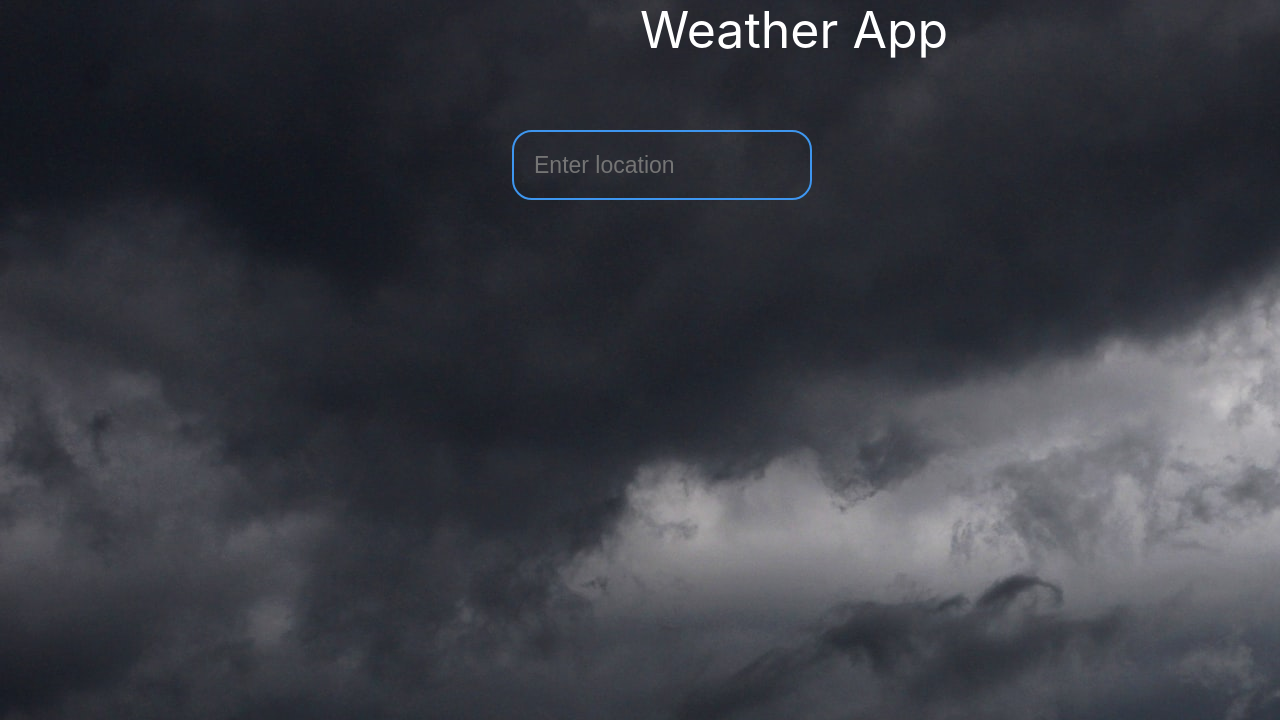
Repository: RenataDzotova/WeatherForecast
Page: /
The author's editor kept a copy of each file at every save. The page is drawn from the files as they stood at one save, then again after the next save.
The browser window is 1280 px wide. The pictures show the whole page.
The project was rebuilt for these pictures with package versions that can differ from the ones it lists, and the page was loaded fresh each time. The framework's server and built-in components were replaced by stand-ins that run in the browser. Also part of the build but not shown: next.config.js, styles/Home.module.css.

Above is the page before, as saved 2023-01-19 16:27:21.

### pages/index.js
import Head from 'next/head'
import Image from 'next/image'
import styles from '../styles/Home.module.css'
import axios from 'axios'
import { useState } from 'react'
import { FlexBox, Wrapper, Text, ImgPlaceholder } from '../styles/global'

export default function Home() {
  const [data, setData] = useState({});
  const [location, setLocation] = useState('');
  const [weather, setWeather] = useState();
  const [errorMessage, setErrorMessage] = useState('')
  const [showTitle, setShowTitle] = useState('Weather App')

  const searchLocation = (event) => {
    if (event.key === "Enter"){
      axios.get(url)
      .then((response) => {
        console.clear()
        setData(response.data)
        console.log(response.data)
        setWeather(response.data.weather)
        setErrorMessage("")
        setShowTitle("")
      }) .catch(err => {
        console.log(err)
        setErrorMessage("Please enter another location")
        setData({})
        setWeather()
      })
      setLocation('')
    }
  }

  var apiKey = "f1c3aba9f416efdb16702d2866709e98";
  var lang = "en";
  var units = "metric";
  const url = `https://api.openweathermap.org/data/2.5/weather?q=${location}&units=${units}&appid=${apiKey}&lang=${lang}`

  return (
    <div className={styles.bg}>
      <Head>
        <title>Create Next App</title>
        <meta name="description" content="Generated by create next app" />
        <link rel="icon" href="/favicon.ico" />
        <link rel="preconnect" href="https://fonts.gstatic.com" crossorigin />
        <link
            href="https://fonts.googleapis.com/css2?family=Plus+Jakarta+Sans:ital,wght@0,200;0,300;0,400;0,500;0,600;0,700;0,800;1,200;1,300;1,400;1,500;1,600;1,700;1,800&display=swap"
            rel="stylesheet"
            />
      </Head>

      <main>


        {
          data &&
            <span>
              {errorMessage}
              <span className='titleText'>
              {showTitle}
              </span>
            </span>
        }


        <input className='inputStyle'
          value = {location}
          onChange={event=> setLocation(event.target.value)}
          placeholder="Enter location"
          onKeyDown={searchLocation}
          type="text"
          style={{position:"absolute", top:"130px", left:"40%" }}
        >
        </input>

        {
          weather && weather.map((w, index) =>{
            return(
              <Wrapper bgImage={ data.main.temp.toFixed() < 0 && w.main=="Snow" ? "/alora-griffiths-HlnFco4i624-unsplash.jpg" : w.main=="Rain" || w.main=="Thunderstorm" ? "/nick-nice-ve-R7PCjJDk-unsplash.jpg" : w.main=="Clouds" ? "/johny-goerend-z_SXPzTMKkc-unsplash.jpg" : "/kenrick-mills-MF9Wy1NA55I-unsplash-2.jpg"} key={index}>

                  <FlexBox dir="column" width="100%" height="100%">
                    <FlexBox dir="column" margin="200px 0 0 0">
                      <Text color="white" fontSize="65px" fontWeight="bold">{data.name}</Text>
                        <FlexBox alignItems="flex-start">
                          <Text color="white" fontSize="90px" fontWeight="bold">{data.main.temp.toFixed()}°</Text>
                          <FlexBox margin="15px 0 12px 10px"><Text color="white" fontSize="30px">{w.main} </Text></FlexBox>
                        </FlexBox>
                    </FlexBox>

                    <FlexBox flexWrap="wrap" margin="100px 0 0 0" bgColor="rgba(227, 227, 227, 0.25)" border="rgba(227, 227, 227) solid 2px" minHeight="130px" width="60%" borderRadius="30px" justifyContent="space-around" padding="0 20px 0 20px">
                      <FlexBox dir="column">
                        <Text color="white" fontSize="65px" fontWeight="700">{data.main.feels_like.toFixed()}°C</Text>
                        <Text color="white">Feels like</Text>
                      </FlexBox>
                      <FlexBox dir="column">
                        <Text color="white" fontSize="65px" fontWeight="700">{data.main.humidity}%</Text>
                        <Text color="white">Humidity</Text>
                      </FlexBox>
                      <FlexBox dir="column">
                        <FlexBox>
                          <Text color="white" fontSize="65px" fontWeight="700">{data.main.pressure}</Text>
                          <Text fontSize="20px" margin="0 0 15px 0" color="white">hPa</Text>
                        </FlexBox>
                        <Text color="white">Pressure</Text>
                      </FlexBox>
                      { data.wind.gust &&
                      <FlexBox dir="column">
                        <FlexBox>
                          <Text color="white" fontSize="65px" fontWeight="700">{data.wind.gust}</Text>
                          <Text fontSize="20px" margin="0 0 15px 0" color="white">M/s</Text>
                        </FlexBox>
                        <Text color="white">Wind</Text>
                      </FlexBox>
                      }
                    </FlexBox>
                  </FlexBox>
              </Wrapper>
            )
          })
        }
      </main>

      {/* <footer className={styles.footer}>
        <a
          href="https://vercel.com?utm_source=create-next-app&utm_medium=default-template&utm_campaign=create-next-app"
          target="_blank"
          rel="noopener noreferrer"
        >
          Powered by{' '}
          <span className={styles.logo}>
            <Image src="/vercel.svg" alt="Vercel Logo" width={72} height={16} />
          </span>
        </a>
      </footer> */}
    </div>
  )
}

### styles/globals.css
html,
body {
  padding: 0;
  margin: 0;
  font-family: -apple-system, BlinkMacSystemFont, Segoe UI, Roboto, Oxygen,
    Ubuntu, Cantarell, Fira Sans, Droid Sans, Helvetica Neue, sans-serif;
  background-image: url("../public/henrieke-fischer-GCdigLv0h_U-unsplash.jpg");
  /* background-position: center; */
  background-repeat: no-repeat;
  display: flex;
  justify-content: center;
  align-items: center;
  flex-direction: column;
}

.titleText{
  font-size: 50px;
  color: white;
  background-color: transparent;
  position: absolute;

}

a {
  color: inherit;
  text-decoration: none;
}

.inputStyle{
  border-radius: 20px;
  height: 70px;
  width: 300px;
  font-size: 23px;
  padding: 20px;
  background-color: transparent;
  color: rgb(14, 40, 66);
  border: 2px solid rgb(62, 150, 239);
}

* {
  box-sizing: border-box;
}

@media (prefers-color-scheme: dark) {
  html {
    color-scheme: dark;
  }
  body {
    color: white;
    background: black;
  }
}

### styles/global.js
import styled from 'styled-components';

export const Text = styled.p`
    font-size: ${props=>props.fontSize || "21px"};
    font-weight: ${props=>props.fontWeight || "normal"};
    color: ${props=>props.color};
    margin: ${props=>props.margin || "0px"};

`


export const FlexBox = styled.div`
    display:flex;
    justify-content:${props=>props.justifyContent || "center"};
    align-items:${props=>props.alignItems || "center"};
    flex-direction:${props=>props.dir || "row"};
    flex-wrap: ${props=>props.flexWrap};
    width: ${props=>props.width};
    height: ${props=>props.height};
    background-color: ${props=>props.bgColor};
    padding: ${props=>props.padding};
    margin: ${props=>props.margin || "0px"};
    min-height: ${props=>props.minHeight};
    max-height: ${props=>props.maxHeight};
    background-image: ${props=>props.linearGradient || "none"}, url(${props=>props.bgImage});
    background-position: ${props=>props.bgPosition || "center"};
    background-size: ${props=>props.bgSize || "cover"};
    background-repeat: ${props=>props.bgRepeat};
    border-radius:${props=>props.borderRadius};
    filter: ${props=>props.filter};
    border: ${props=>props.border};
    z-index:${props=>props.zIndex};
    position: ${props=>props.position};
    top: ${props=>props.top};
    left:${props=>props.left};
    bottom: ${props=>props.bottom};
    border-bottom-style: ${props=>props.borderBottom};
    box-shadow: ${props=>props.boxShadow};
    border-top: ${props=>props.topBorder};
    border-bottom: ${props=>props.bottomBorder};
    color: ${props=>props.color};
    font-weight: ${props=>props.fontWeight};
    cursor: ${props=>props.cursor};
    max-width: ${props=>props.maxWidth};
    min-width: ${props=>props.minWidth};
    overflow-y: ${props=>props.overflowY};
    overflow-anchor: ${props=>props.overflowA};
    overflow-x: ${props=>props.overflowX};
`

export const Wrapper = styled(FlexBox) `
    width: 100vw;
    min-width: ${props=>props.minWidth};
    height: ${props=>props.height || "100vh"};
    padding:${props=>props.padding};
    overflow-x: ${props=>props.overflowX};
    overflow-y: ${props=>props.overflowY};
    background-image: ${props=>props.linearGradient || "none"}, url(${props=>props.bgImage});
    background-position: ${props=>props.bgPosition || "center"};
    background-size: ${props=>props.bgSize || "cover"};
`


export const ImgPlaceholder = styled.div`
    width: ${props=>props.width || "134px"};
    height: ${props=>props.height || "154px"};
    border-radius: ${props=>props.borderRadius || "8px 0px 0px 8px"};
    background-image: url(${props=>props.bgImage});
    margin: ${props=>props.margin};
    position: ${props=>props.position};
    top: ${props=>props.top};
    background-position: center;
    background-size: cover;
`

Loaded but not shown: pages/_app.js (common file)

After the next save:
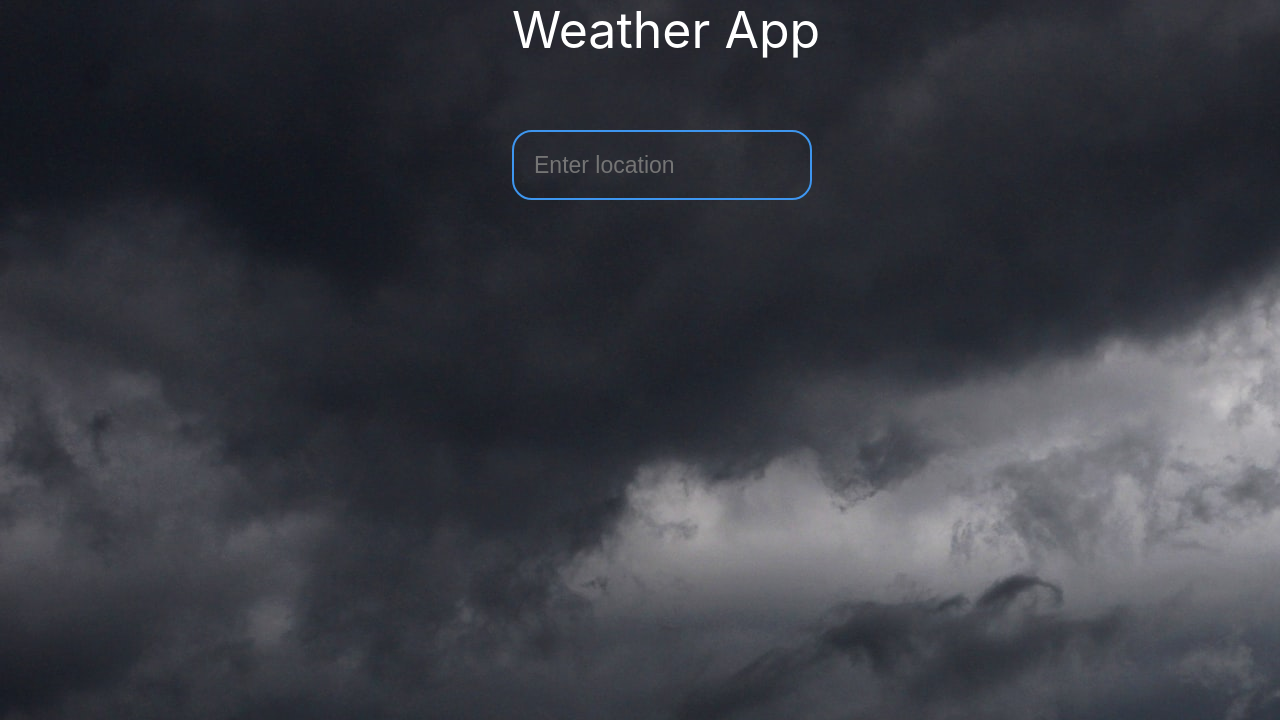
Saved 17 s later.
--- a/styles/globals.css
+++ b/styles/globals.css
@@ -18,7 +18,7 @@ body {
   color: white;
   background-color: transparent;
   position: absolute;
-
+  left: 40%;
 }
 
 a {
